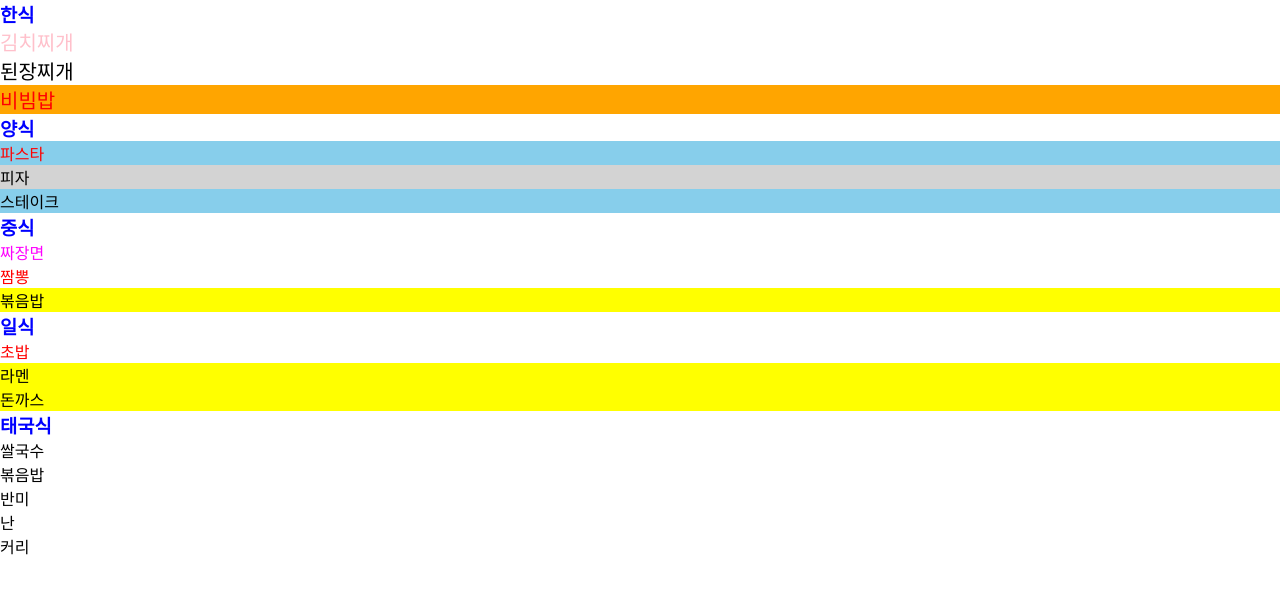
Repository: gwonjunsu95/html5
Page: html5/WebContent/day0205.html
The author's editor kept a copy of each file at every save. The page is drawn from the files as they stood at one save, then again after the next save.
The browser window is 1280 px wide. The pictures show the whole page.

Above is the page before, as saved 2020-04-17 06:53:39.

### html5/WebContent/day0205.html
<!DOCTYPE html>
<html>
<head>
	<meta charset="UTF-8">
	<title>Insert title here</title>
	<style>
		*{
			margin: 0;
			padding : 0;
			text-decoration: none;
			list-style: none;

		}

		.menu > h3{
			color: blue;
		}

		.menu .like{
			color: red;
		}

		.like ~ li {
			background: yellow;
		}

		#korea > li{
			font-size: 20px;
		}

		#korea > li:first-child {
			color: pink;
		}

		#korea > li:last-child {
			background: orange;
		}

		#usa > li:nth-child(2) {	/*프로그래밍은 0부터 시작이지만 html은 1부터 시작입니다.*/
			background: lightgray;
		}

		#usa > li:nth-child(2n-1) {
			background: skyblue;
		}

		#china > li:first-of-type {
			color: magenta;
		}
	</style>

</head>
<body>
	<div>
		<ul>
			<li class = "menu">
				<h3>한식</h3>
				<ul id = "korea">
					<li>김치찌개</li>
					<li>된장찌개</li>
					<li class = "like">비빔밥</li>
				</ul>
			</li>
			<li class = "menu">
				<h3>양식</h3>
				<ul id = "usa">
					<li class = "like">파스타</li>
					<li>피자</li>
					<li>스테이크</li>
				</ul>
			</li>
			<li class = "menu">
				<h3>중식</h3>
				<ul id = "china">
					<li>짜장면</li>
					<li class = "like">짬뽕</li>
					<li>볶음밥</li>
				</ul>
			</li>
			<li class = "menu">
				<h3>일식</h3>
				<ul id = "japan">
					<li class = "like">초밥</li>
					<li>라멘</li>
					<li>돈까스</li>
				</ul>
			</li>
			<li class = "menu">
				<h3>태국식</h3>
				<ul id = "thai">
					<li class = "t">쌀국수</li>
					<p class = "t">볶음밥 </p>
					<li class = "t">반미</li>
					<p class = "t">난</p>
					<li class = "t">커리</li>
				</ul>
			</li>

		</ul>
	</div>
</body>
</html>

After the next save:
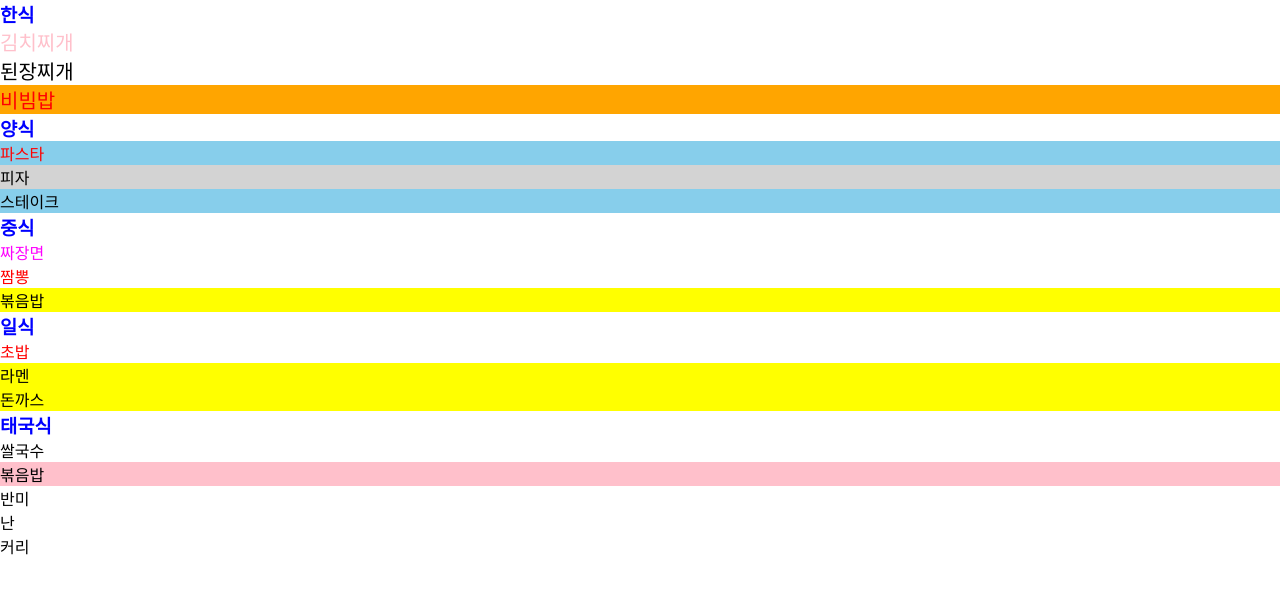
Saved 54 s later.
--- a/html5/WebContent/day0205.html
+++ b/html5/WebContent/day0205.html
@@ -46,6 +46,10 @@
 
 		#china > li:first-of-type {
 			color: magenta;
+		}
+
+		#thai > .t:nth-child(2) {
+			background: pink;
 		}
 	</style>
 

After the save that followed:
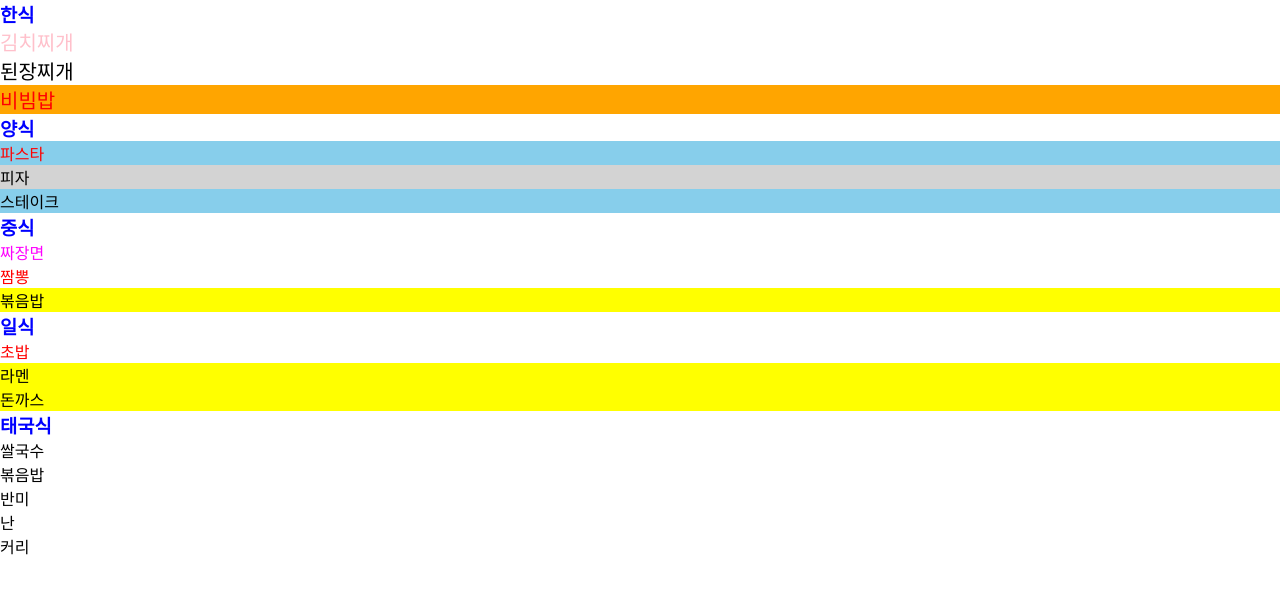
Saved 16 s later.
--- a/html5/WebContent/day0205.html
+++ b/html5/WebContent/day0205.html
@@ -48,7 +48,7 @@
 			color: magenta;
 		}
 
-		#thai > .t:nth-child(2) {
+		#thai > li:nth-child(2) {
 			background: pink;
 		}
 	</style>
